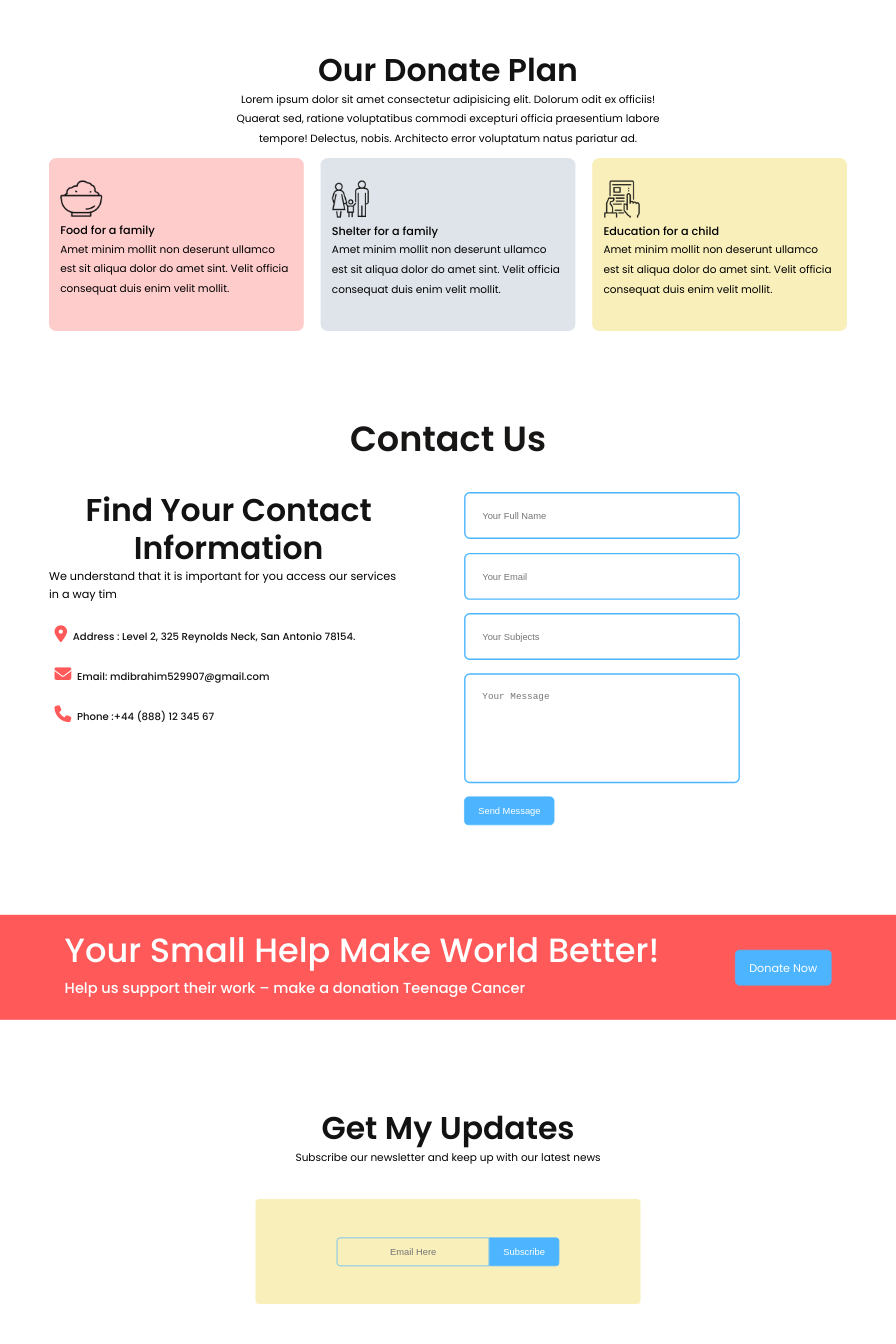
Repository: mdrubel02/donate-website
Page: index.html
The author's editor kept a copy of each file at every save. The page is drawn from the files as they stood at one save, then again after the next save.
The browser window is 1280 px wide. The pictures show the part of the page from y = 1307 to 3227 px (the page is 3475 px tall), at 70% of full size.
Some web libraries are served in a nearby version.

Above is the page before, as saved 2022-07-06 22:39:42.

### index.html
<!DOCTYPE html>
<html lang="en">

<head>
    <meta charset="UTF-8">
    <meta http-equiv="X-UA-Compatible" content="IE=edge">
    <meta name="viewport" content="width=device-width, initial-scale=1.0">
    <title>Our Donate Website</title>
    <link rel="stylesheet" href="./index.css">
    <script src="https://kit.fontawesome.com/74a6860872.js" crossorigin="anonymous"></script>
</head>

<body>
    <!-- banner section -->
    <section class="banner-section">
        <div class="banner-content">
            <h1>Let’s Help Those Who Are More In Need</h1>
            <p>Lorem ipsum dolor sit amet consectetur, adipisicing elit. Asperiores similique
                sapiente nobis, libero nemo saepe</p>
            <a href="" class="btn btn-primary">Donate Now</a>
        </div>
    </section>

    <!-------- Donate Today------->
    <section class="container">
        <div class="donate-section">
            <h2 class="section-title">Donate Today</h2>

            <p class="small-title">Lorem ipsum dolor sit amet consectetur adipisicing elit. Consequatur modi
                consectetur nemo blanditiis, nam velit omnis asperiores corrupti tenetur consequuntur.</p>

            <div class="donate-today">
                <div class="donate-content">
                    <h3>100<span>tk</span> </h3>
                </div>
                <div class="donate-content">
                    <h3>500<span>tk</span> </h3>
                </div>
                <div class="donate-content">
                    <h3>1000<span>tk</span> </h3>
                </div>
                <div class="donate-content">
                    <h3>5000<span>tk</span> </h3>
                </div>
            </div>
            <p>Other Amount <span>(taka)</span></p>
            <hr>
            <a href="" class="btn btn-primary">Donate Now</a>
        </div>
    </section>

    <!---------- donate plan section-------- -->
    <section class="container">
        <div class="section-title">
            <h3 class="title">Our Donate Plan</h3>
            <p class="small-title">Lorem ipsum dolor sit amet consectetur adipisicing elit. Dolorum odit ex officiis!
                Quaerat sed, ratione voluptatibus commodi excepturi officia praesentium labore tempore! Delectus, nobis.
                Architecto error voluptatum natus pariatur ad.</p>
        </div>
        <div class="donate-plan-section">
            <div id="food" class="donate-plan-content">
                <img src="./icons/food.png" alt="">
                <h4>Food for a family</h4>
                <p class="small-title">Amet minim mollit non deserunt ullamco est sit aliqua dolor do amet sint. Velit
                    officia consequat duis enim velit mollit.</p>
            </div>
            <div id="Shelter" class="donate-plan-content">
                <img src="./icons/shelter.png" alt="">
                <h4>Shelter for a family</h4>
                <p class="small-title">Amet minim mollit non deserunt ullamco est sit aliqua dolor do amet sint. Velit
                    officia consequat duis enim velit mollit.</p>
            </div>
            <div id="education" class="donate-plan-content">
                <img src="./icons/Frame-1.png" alt="">
                <h4>Education for a child</h4>
                <p class="small-title">Amet minim mollit non deserunt ullamco est sit aliqua dolor do amet sint. Velit
                    officia consequat duis enim velit mollit.</p>
            </div>
        </div>
    </section>
    <!-- contact section -->
    <section class="container">
        <h1 class="contact-title">Contact Us</h1>
        <div class="contact-section">
            <div class="contact-info">
                <h1 class="title">Find Your Contact Information</h1>
                <p>We understand that it is important for you access our services in a way tim</p>
                <article class="contact-detils">
                    <h4 class="detils-info"><span class="icons"><i class="fa-solid fa-location-dot"></i></span>Address : Level 2, 325 Reynolds Neck, San Antonio 78154.</h4>
                    <h4 class="detils-info"><span class="icons"><i class="fa-solid fa-envelope"></i></span>Email: mdibrahim529907@gmail.com</h4>
                    <h4 class="detils-info"><span class="icons"><i class="fa-solid fa-phone"></i></span>Phone :+44 (888) 12 345 67</h4>
                </article>
            </div>
            <div class="contact-form">
                <form >
                    <input type="text" name='name' placeholder='Your Full Name' required />
                    <input type="email" name='email' placeholder='Your Email' required/>
                    <input type="text" name='subjects' placeholder='Your Subjects' required/>
                    <textarea name='message' rows="7" placeholder='Your Message' required></textarea>
                    <button type='submit'class='btn btn-primary'>Send Message</button>
                </form>
            </div>
        </div>
    </section>
    <!-- HELP BANNER SECTION -->
    <section class="help-section">
        <div class="help-banner-section">
            <div class="help-banner-left">
                <h1>Your Small Help Make World Better!</h1>
                <h4>Help us support their work – make a donation Teenage Cancer</h4>
            </div>
            <div class="help-banner-right">
                <a class="btn btn-primary" href="">Donate Now</a>
            </div>
        </div>
    </section>

    <!-- Update Section -->
    <section class="container">
        <div class="section-title">
            <h1 class="title">Get My Updates</h1>
            <p class="small-title">Subscribe our newsletter and keep
                up with our latest news</p>
        </div>
        <div class="update-section">
            <div class="update-content">
                <input class="email-input" type="email" placeholder="Email Here">
                <input class="submit-input" type="submit" value="Subscribe">
            </div>
        </div>
    </section>

    <!------- Footer Section---- -->
    <footer>
        <h1>Be Humble</h1>
        <small>&copy; I’m gonna do it</small>
    </footer>
</body>

</html>

### index.css
/* =====GOOGLE FONTS====== */
@import url('https://fonts.googleapis.com/css2?family=Poppins:wght@300;400;500;600&display=swap');

/* =====COMMON STYLES====== */
* {
    margin: 0;
    padding: 0;
    border: 0;
    outline: 0;
    list-style: none;
    text-decoration: none;
}

body {
    font-family: 'Poppins', sans-serif;
}

h1,
h2,
h3,
h4,
h5,
h6 {
    font-weight: 500;
}

.container {
    max-width: 1200px;
    margin: 0 auto;
    padding: 0 30px;
    margin-top: 10%;
    margin-bottom: 10%;
    box-sizing: border-box;
}

a {
    color: #fff;
    transition: all 400ms ease;
}

a:hover {
    color: #fff;
}

.btn {
    text-align: center;
    width: max-content;
    display: inline-block;
    color: #fff;
    padding: 0.75rem 1.2rem;
    border-radius: 0.4rem;
    border: 1px solid #4db5ff;
    transition: all 400ms ease;
}

.btn:hover {
    background: #fff;
    color: #4db5ff;
    border: 1px solid #4db5ff;
}

.btn-primary {
    background: #4db5ff;
    color: #fff;
}

.section-title {
    text-align: center;
    padding: 0 250px;
}
.title{
    color: #121212;
    font-weight: 700;
    font-size: 45px;
    line-height: 54px;
    text-align: center;
}
.small-title {
    font-family: 'Poppins';
    font-style: normal;
    font-weight: 400;
    font-size: 15px;
    line-height: 28px;
    ;
    margin-bottom: .9rem;
}

hr {
    border: 1px solid #DADADA;
    margin-bottom: 1.3rem;
}
/* ========BANNER SECTION STYLE======== */

.banner-section {
    background-image: url(./images/donation0.jpg);
    background-repeat: no-repeat;
    background-size: cover;
    background-position: center center;
    height: 100vh;
    width: 100%;
    position: relative;
    z-index: 1;
    display: flex;
    flex-direction: column;
    justify-content: center;
    align-items: center;
    text-align: center;
}

.banner-section:after {
    content: "";
    position: absolute;
    top: 0;
    left: 0;
    width: 100%;
    height: 100%;
    background: linear-gradient(360deg, #121212 0%, rgba(18, 18, 18, 0) 100%);
    opacity: .7;
    z-index: -5;
}

.banner-content {
    width: 50%;
}

.banner-content h1 {
    font-size: 3rem;
    color: #fff;
}

.banner-content p {
    margin-bottom: 5px;
    color: #fff;
}

/*=========== Donate section style========= */
.donate-today {
    display: flex;
    gap: 1.5rem;
    justify-content: space-around;

}

.donate-content {
    width: 135px;
    height: 123px;
    background: #FAFAFA;
    border-radius: 5px;
    font-size: 30px;
    font-weight: 700;
    line-height: 36px;
    display: flex;
    justify-content: center;
    align-items: center;
    margin: 1.2rem 0;
    transition: all 400ms ease;
}

.donate-content:hover {
    border: 2px solid #FF5959;
    border-radius: 5px;
    color: #FF5959;
}

.donate-section {
    width: 691px;
    margin-left: 200px;
    text-align: center;
}

.donate-section p {
    text-align: center;
}

.donate-section p {
    font-weight: 400;
    font-size: 18px;
    line-height: 28px;
    color: #B3B3B3;
    text-align: center;
    margin-bottom: .7rem;
}

/*========donate plan section======= */

.donate-plan-section {
    display: flex;
    gap: 1.5rem;
}

#Shelter {
    background: #dfe4ea;
}

#food {
    background-color: #ffcccc;
}

#education {
    background-color: #F8EFBA;
}

.donate-plan-content {
    overflow: hidden;
    padding: 2rem 1rem;
    border-radius: 10px;
}
/* ========CONTACT  STYLE======== */
.contact-section{
    display: flex;
    gap: 5rem;
}
.contact-title {
    color: #181515;
    font-weight: 700;
    font-size: 50px;
    line-height: 54px;
    text-align: center;
    margin-bottom: 3rem;
}
.detils-info{
    color: #141313;
    font-size: .9rem;
    padding: .7rem 0;
}
.contact-info{
    width: 45%;
}
.contact-detils{
    margin-top: 1rem;
}
.icons{
    color: #FF5959;
    font-size: 1.5rem;
   margin: 0 .5rem;
}
.contact-form{
    width: 30%;
}
form{
    display: flex;
    flex-direction: column;
    gap: 1.2rem;
}
input, textarea{
    width: 100%;
    padding: 1.5rem;
    border-radius: 0.5rem;
    background: transparent;
    border: 2px solid  #4db5ff;
    resize: none;
    color: var(--color-white);
}
/* ========HELP BANNER  STYLE======== */
.help-section{
    height: 150px;
    background-color: #FF5959;
}
.help-banner-section{
    display: flex;
    gap: 1rem;
    justify-content: space-evenly;
    align-items: center;
}
.help-banner-left{
    margin-top: 1rem;
}
.help-banner-left h1{
    font-size: 3rem;
    color: #fff;
}
.help-banner-left{
    font-size: 1.3rem;
    color: #fff;
}
.help-banner-right {
   margin-top: 2rem;
}
/*=======update subscribe style=======*/
.update-section {
    display: flex;
    justify-content: center;
    align-items: center;
}
.update-section p{
    text-align: center;
    width: 400px;
}
.update-content {
    display: flex;
    justify-content: center;
    align-items: center;
    width: 550px;
    height: 150px;
    background-color: #F8EFBA;
    border-radius: 5px;
    margin-top: 2rem;
}

.email-input {
    text-align: center;
    width: max-content;
    display: inline-block;
    color: #4db5ff;
    padding: 0.75rem 1.2rem;
    border-radius: 5px 0 0 5px;
    border: 1px solid #4db5ff;
}

.submit-input {
    text-align: center;
    width: max-content;
    display: inline-block;
    color: #fff;
    padding: 0.75rem 1.2rem;
    border-radius: 0 5px 5px 0;
    border: 1px solid #4db5ff;
    background-color: #4db5ff;
}

/*=======footer style=======*/
footer {
    background-color: #0B0D17;
    height: 177px;
    display: flex;
    flex-direction: column;
    justify-content: center;
    align-items: center;
}

footer h1 {
    color: #fff;
    font-size: 36px;
    line-height: 44px;
}

footer small {
    color: #fff;
}

After the next save:
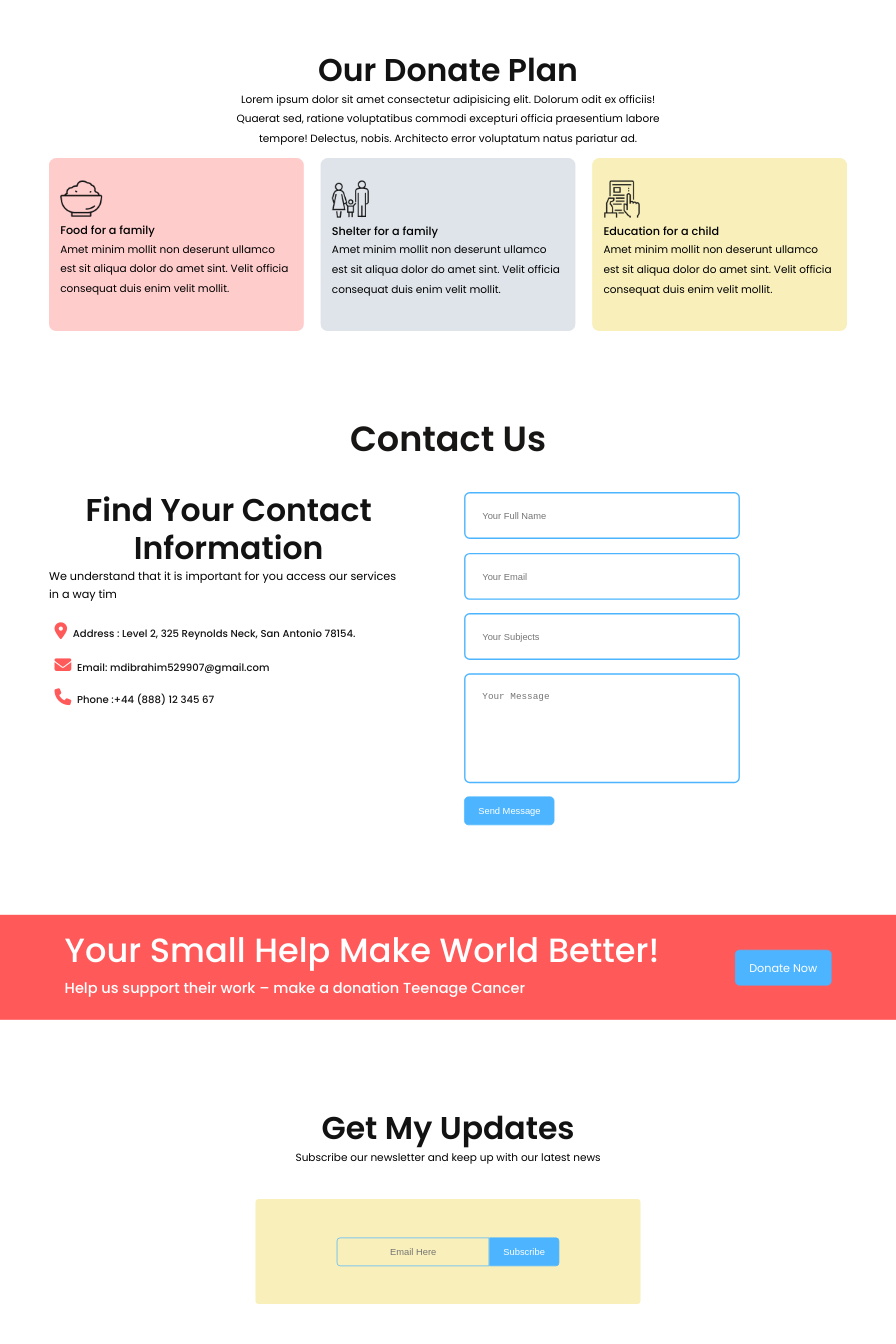
Saved 16 s later.
--- a/index.css
+++ b/index.css
@@ -221,7 +221,7 @@ hr {
 .detils-info{
     color: #141313;
     font-size: .9rem;
-    padding: .7rem 0;
+    padding: .4rem 0;
 }
 .contact-info{
     width: 45%;
